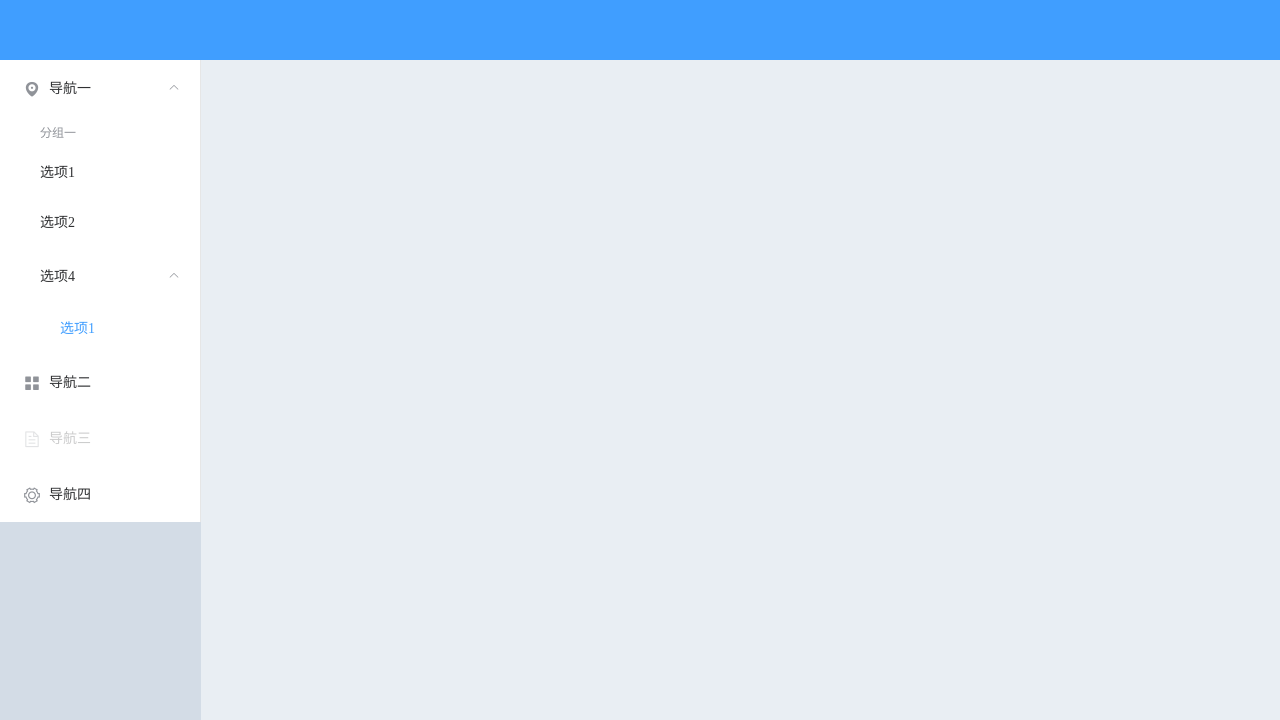
Repository: 960519152/elementui-demo-byf
Page: /#/
These files come from the project's save history. The page is drawn as it stood at one moment and after a run of saves; the edit follows.
The browser window is 1280 px wide. The pictures show the whole page.
The project was rebuilt for these pictures with package versions that can differ from the ones it lists, and the page was loaded fresh each time. Also part of the build but not shown: src/components/HelloWorld.vue, src/components/Tx.vue, src/components/Tes.vue.

Above is the page before, as saved 2019-05-14 10:44:17.

### index.html
<!DOCTYPE html>
<html>

<head>
  <meta charset="utf-8">
  <meta name="viewport" content="width=device-width,initial-scale=1.0">
  <link rel="stylesheet" type="text/css" href="./static/css/base.css" />
  <title>vue-examine-backend</title>
</head>

<body style=" overflow-x: hidden;">
  <div id="app"></div>
  <!-- built files will be auto injected -->
</body>
</html>

### src/main.js
// The Vue build version to load with the `import` command
// (runtime-only or standalone) has been set in webpack.base.conf with an alias.
import Vue from 'vue'
import App from './App'
import router from './router' //路由
import ElementUI from 'element-ui'; //饿了么UI
import 'element-ui/lib/theme-chalk/index.css';  //饿了么UI

Vue.config.productionTip = false
Vue.use(ElementUI); //饿了么UI



/* eslint-disable no-new */
new Vue({
  el: '#app',
  router,
  components: { App },
  template: '<App/>'
})

### src/App.vue
<template>
  <div id="app">
    <router-view></router-view>
  </div>
</template>

<script>
  export default {
    name: 'app',
    methods: {

    }
  }

</script>

<style scoped lang="scss">
  #app {
    position: absolute;
    width: 100%;
    height: 100%;
  }
</style>

### src/router/index.js
import Vue from 'vue'
import Router from 'vue-router'
import HelloWorld from '@/components/HelloWorld'
import Home from '@/components/Home'
import Tx from '@/components/Tx'
import Tes from '@/components/Tes'

Vue.use(Router)

export default new Router({
  routes: [
    {
      path: '/',
      name: '主要菜单',
      component: Home,
      iconCls: 'el-icon-platform-eleme',
      children: [
        { path: '/Tx', component: Tx, name: '菜单1' },
        { path: '/Tes', component: Tes, name: '菜单2' }
      ]
    },
    {
      path: '/',
      name: 'HelloWorld',
      leaf: true,//只有一个节点
      component: Home,
      iconCls: 'el-icon-s-home',
      children: [
        { path: '/HelloWorld', component: HelloWorld, name: '单独的' },
      ]
    }
  ]
})

### src/components/Home.vue
<template>
  <div id="app">
    <el-container class="menu">
      <el-header class="header">
        <i class="el-icon-s-grid menumedia" @click="k"></i>
      </el-header>
      <el-container>
        <el-aside>
          <!-- <el-row class="tac">
            <el-col :span="24">
              <div class="div-logo">
                <img src="../../static/image/logo.png">
              </div>
              <el-menu :default-active="$route.path" class="el-menu-vertical-demo" unique-opened router v-show="true"
                @open="handleOpen" @close="handleClose" :collapse="isCollapse">
                <template v-for="(item,index) in $router.options.routes" v-if="!item.hidden">
                  <el-submenu :index="index+''" v-if="!item.leaf">
                    <template slot="title">
                      <i :class="item.iconCls"></i>
                      <span slot="title">{{item.name}}</span>
                    </template>
                    <el-menu-item v-for="child in item.children" :index="child.path" :key="child.path"
                      v-if="!child.hidden"> <span slot="title"> {{child.name}}</span></el-menu-item>
                  </el-submenu>
                  <el-menu-item v-if="item.leaf&&item.children.length==1" :index="item.children[0].path">
                    <i :class="item.iconCls"></i>
                    <span slot="title"> {{item.children[0].name}}</span>
                  </el-menu-item>
                </template>
              </el-menu>
            </el-col>
          </el-row> -->
          <el-menu default-active="1-4-1" class="el-menu-vertical-demo" @open="handleOpen" @close="handleClose" :collapse="isCollapse">
  <el-submenu index="1">
    <template slot="title">
      <i class="el-icon-location"></i>
      <span slot="title">导航一</span>
    </template>
    <el-menu-item-group>
      <span slot="title">分组一</span>
      <el-menu-item index="1-1">选项1</el-menu-item>
      <el-menu-item index="1-2">选项2</el-menu-item>
    </el-menu-item-group>
    <el-submenu index="1-4">
      <span slot="title">选项4</span>
      <el-menu-item index="1-4-1">选项1</el-menu-item>
    </el-submenu>
  </el-submenu>
  <el-menu-item index="2">
    <i class="el-icon-menu"></i>
    <span slot="title">导航二</span>
  </el-menu-item>
  <el-menu-item index="3" disabled>
    <i class="el-icon-document"></i>
    <span slot="title">导航三</span>
  </el-menu-item>
  <el-menu-item index="4">
    <i class="el-icon-setting"></i>
    <span slot="title">导航四</span>
  </el-menu-item>
</el-menu>
        </el-aside>
        <el-main>
          <router-view></router-view>
        </el-main>
      </el-container>
    </el-container>
  </div>
</template>

<script>
  export default {
    name: "Home",
    data() {
      return {
        isCollapse: false
      }
    },
    methods: {
      handleOpen(key, keyPath) {
        console.log(key, keyPath);
      },
      handleClose(key, keyPath) {
        console.log(key, keyPath);
      },
      k(){
        if(this.isCollapse){
          this.isCollapse=false
        }else{
          this.isCollapse=true
        }
      }
    },
    watch:{
      isCollapse(){
        console.log(this.isCollapse);
      }
    }
  };

</script>

<style scoped lang="scss">
  @import "../../static/css/base.scss";

  .menu {
    width: 100%;
    height: 100%;
  }

  .div-logo {
    width: 100%;
    height: 135px;

    img {
      width: 45%;
    }
  }

  .header {
    font-size: 25px;
    text-align: left !important;
  }

  // .left-aside {
  //   width: 200px !important;
  //   overflow-x: hidden;
  // }

  .el-header,
  .el-footer {
    background-color: #b3c0d1;
    color: #333;
    text-align: center;
    line-height: 60px;
  }

  .el-aside {
    background-color: #d3dce6;
    color: #333;
    text-align: center;
    line-height: 200px;
  }

  .el-main {
    background-color: #e9eef3;
    color: #333;
    text-align: center;
    line-height: 160px;
  }

  body>.el-container {
    margin-bottom: 40px;
  }

  .el-container:nth-child(5) .el-aside,
  .el-container:nth-child(6) .el-aside {
    line-height: 260px;
  }

  .el-container:nth-child(7) .el-aside {
    line-height: 320px;
  }

  .el-submenu {
    text-align: left;
    // padding-left: 10px;
  }

  .el-menu-item {
    text-align: left;
    // padding-left: 30px !important;
  }

  // i {
  //   vertical-align: text-bottom !important;
  // }
  .el-aside{
    width: auto !important;
  }

  @media screen and (min-width: $smallSize) {
    .header {
      background:#409EFF;

      i {
        display: none;
      }
    }
  }

  @media screen and (max-width: $smallSize) {
    .header {
      background: #409EFF;

      i {
        display: inline;
      }
    }
  }

  @media screen and (max-width: $smallSize) {
    // .el-aside{
    //   left: -100%;
    //   position: relative;
    // }
  }

</style>

### static/css/base.scss
$smallSize: 700px;



body {
    height: 100%;
    width: 100%;
    margin: 0;
    padding: 0;
    font-size: 16px;
    overflow-x: hidden;
  }

### static/css/base.css
body {
    height: 100%;
    width: 100%;
    margin: 0;
    padding: 0;
    font-size: 16px;
    overflow-x: hidden;
  }

After the next 2 saves:
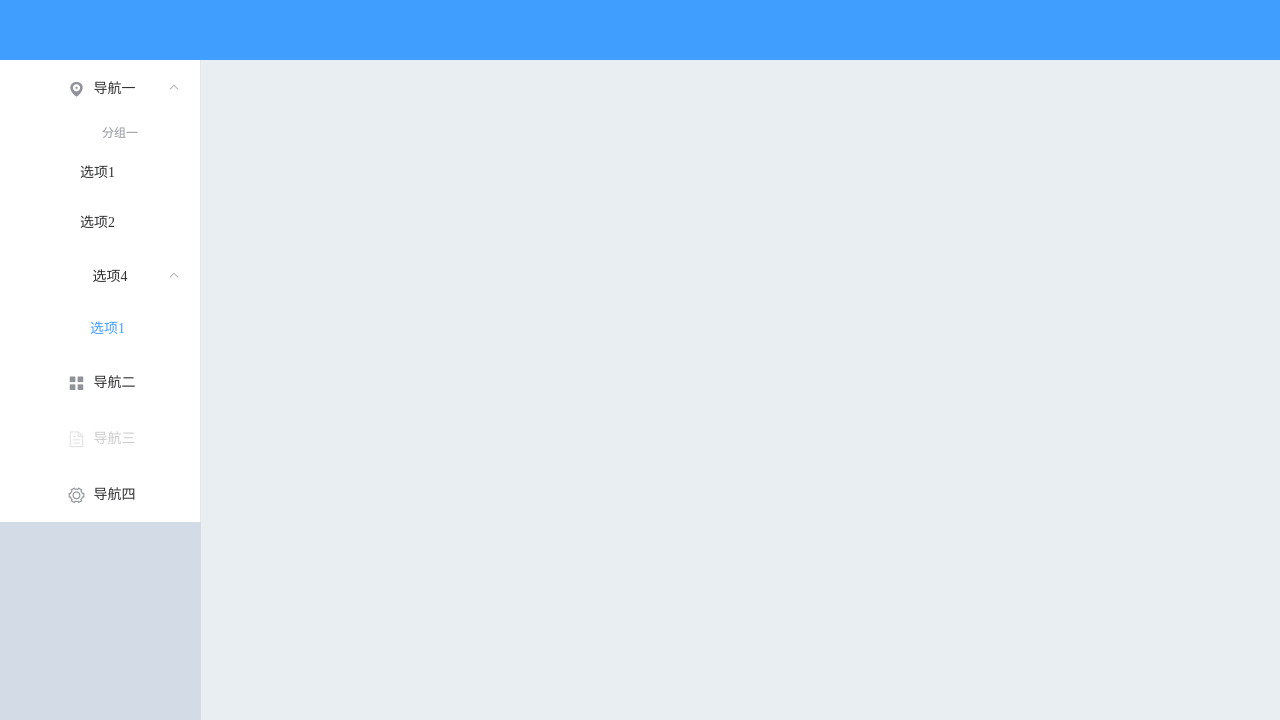
The 2 saves are shown as one change because they came seconds apart.
The last was saved 35 s later.
--- a/src/components/Home.vue
+++ b/src/components/Home.vue
@@ -163,12 +163,12 @@
   }
 
   .el-submenu {
-    text-align: left;
+    // text-align: left;
     // padding-left: 10px;
   }
 
   .el-menu-item {
-    text-align: left;
+    // text-align: left;
     // padding-left: 30px !important;
   }
 

After the save that followed:
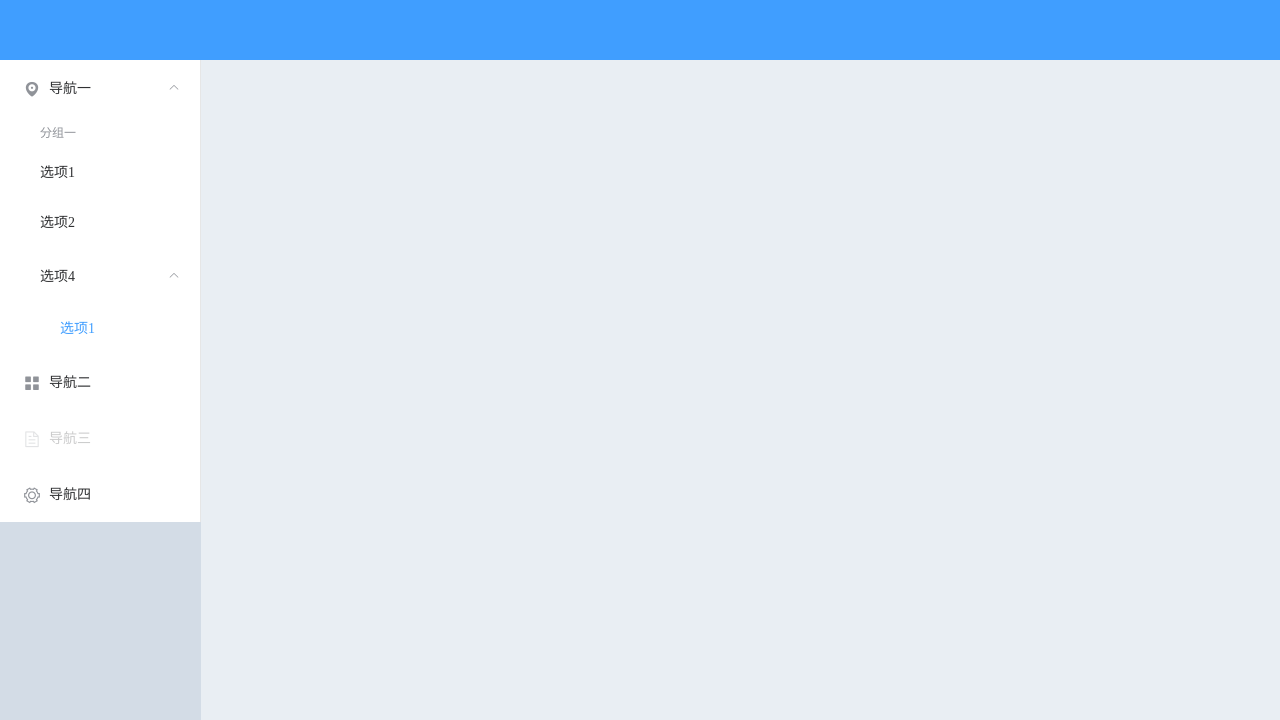
Saved 15 s later.
--- a/src/components/Home.vue
+++ b/src/components/Home.vue
@@ -163,12 +163,12 @@
   }
 
   .el-submenu {
-    // text-align: left;
+    text-align: left;
     // padding-left: 10px;
   }
 
   .el-menu-item {
-    // text-align: left;
+    text-align: left;
     // padding-left: 30px !important;
   }
 
